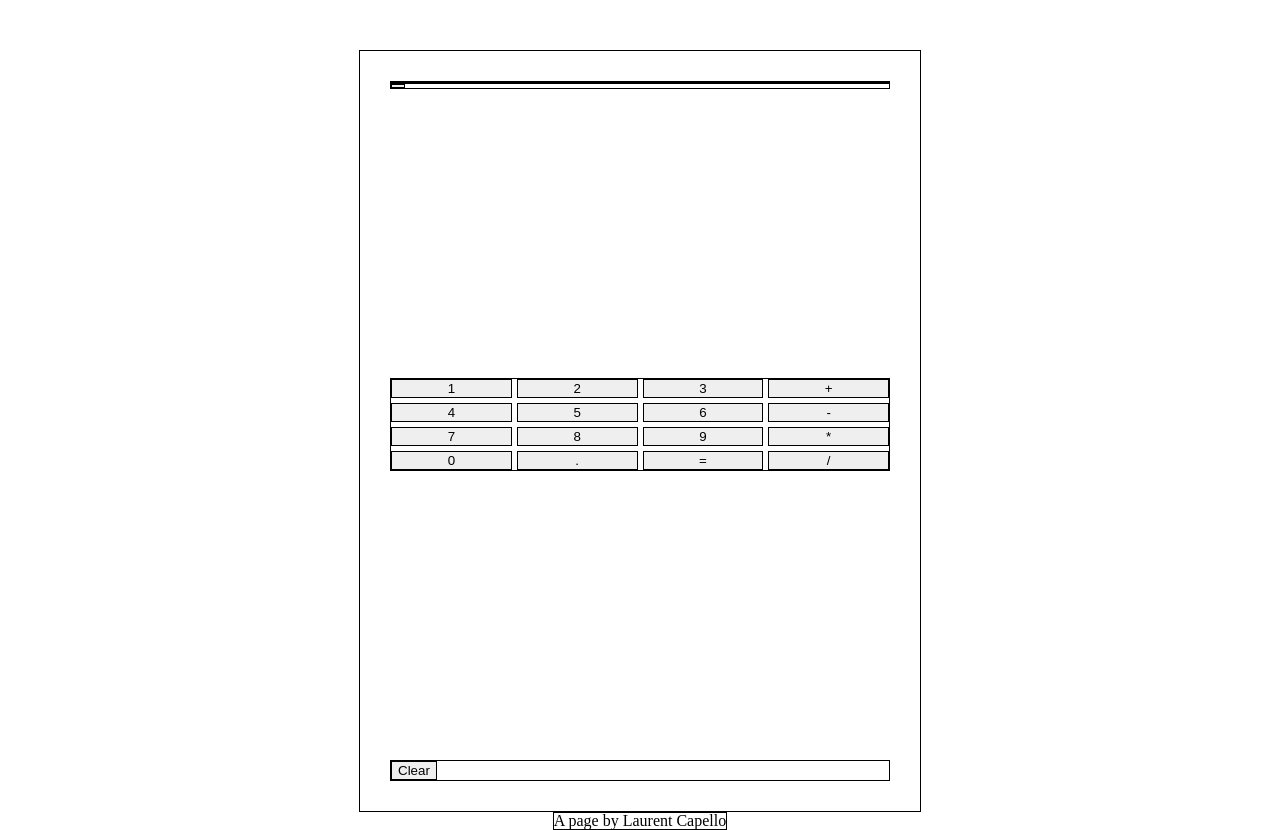
Repository: sokafootball/js-calculator
Page: index.html
An editor plug-in stored every save of this project. The page is shown before and after the next save, followed by the edit.
The browser window is 1280 px wide. The pictures show the whole page.

Above is the page before, as saved 2020-04-25 10:35:53.

### index.html
<html>
<head>
  <link rel="stylesheet" type="text/css" href="reset.css">
  <link rel="stylesheet" type="text/css" href="style.css">
  <link rel="stylesheet" type="text/css" href="wireframe.css">
</head>
<body>
<main id="main">
  <div id="calculator">
    <div id="calc-top">
      <p id="display"></p>
      <button id="backspace" class="button"></button>
    </div>
    <div id="calc-mid">
      <button class="button">1</button>
      <button class="button">2</button>
      <button class="button">3</button>
      <button class="button">+</button>
      <button class="button">4</button>
      <button class="button">5</button>
      <button class="button">6</button>
      <button class="button">-</button>
      <button class="button">7</button>
      <button class="button">8</button>
      <button class="button">9</button>
      <button class="button">*</button>
      <button class="button">0</button>
      <button class="button">.</button>
      <button class="button">=</button>
      <button class="button">/</button>
    </div>
    <div id="calc-bottom">
      <button class="button">Clear</button>
    </div>
  </div>
</main>
<footer>
  <p>A page by <span id="signature">Laurent Capello</span></p>
</footer>
<script type="text/javascript" src="script.js"></script>
</body>
</html>

### style.css
body{
  align-items: center;
  display: flex;
  flex-direction: column;
}

#calculator{
  display: flex;
  flex-direction: column;
  height: 700px;
  justify-content: space-between;
  margin-top: 50px;
  padding: 30px;
  width: 500px;
}

#calc-mid{
  column-gap: 5px;
  display: grid;
  grid-template-columns: repeat(4, 1fr);
  grid-template-rows: repeat(4, 1fr);
  row-gap: 5px;
}

### wireframe.css
button, div, p {
  border: 1px solid black;
}

Loaded but not shown: reset.css (common file); script.js (no copy from this time; the picture is the same without it)

After the next save:
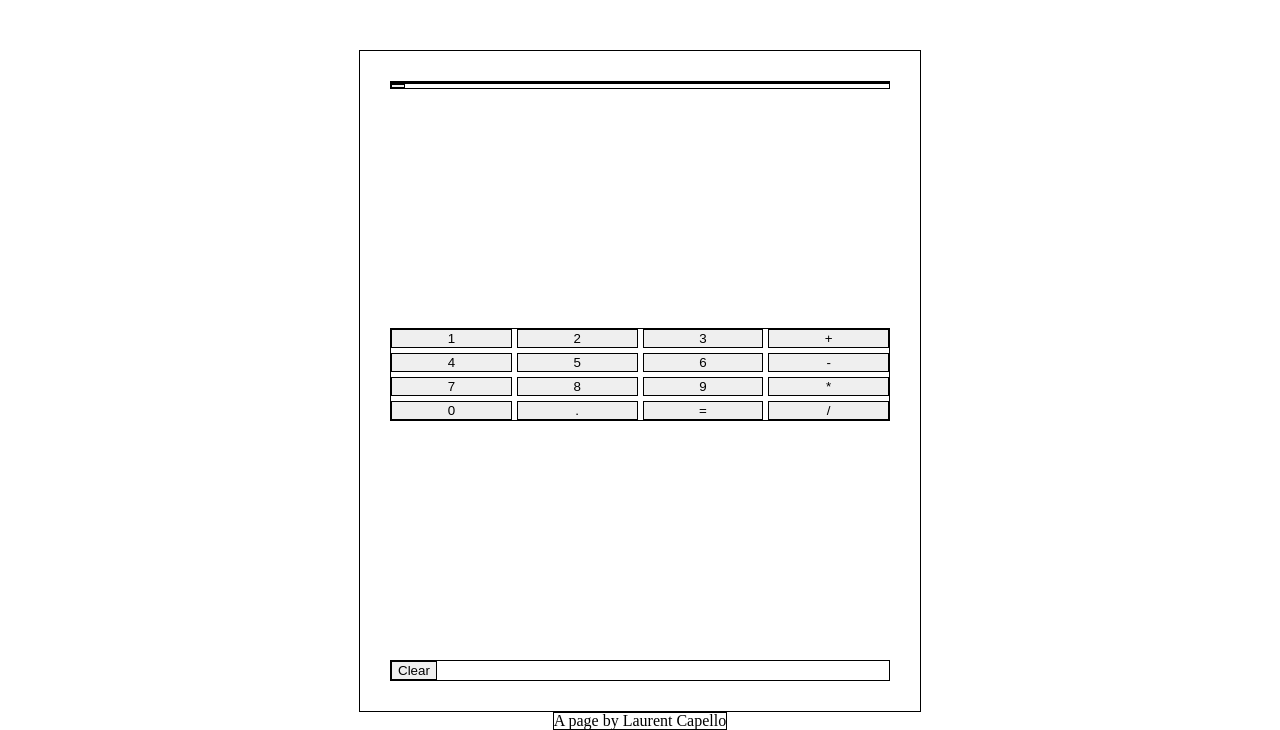
Saved 14 s later.
--- a/style.css
+++ b/style.css
@@ -7,7 +7,7 @@ body{
 #calculator{
   display: flex;
   flex-direction: column;
-  height: 700px;
+  height: 600px;
   justify-content: space-between;
   margin-top: 50px;
   padding: 30px;
